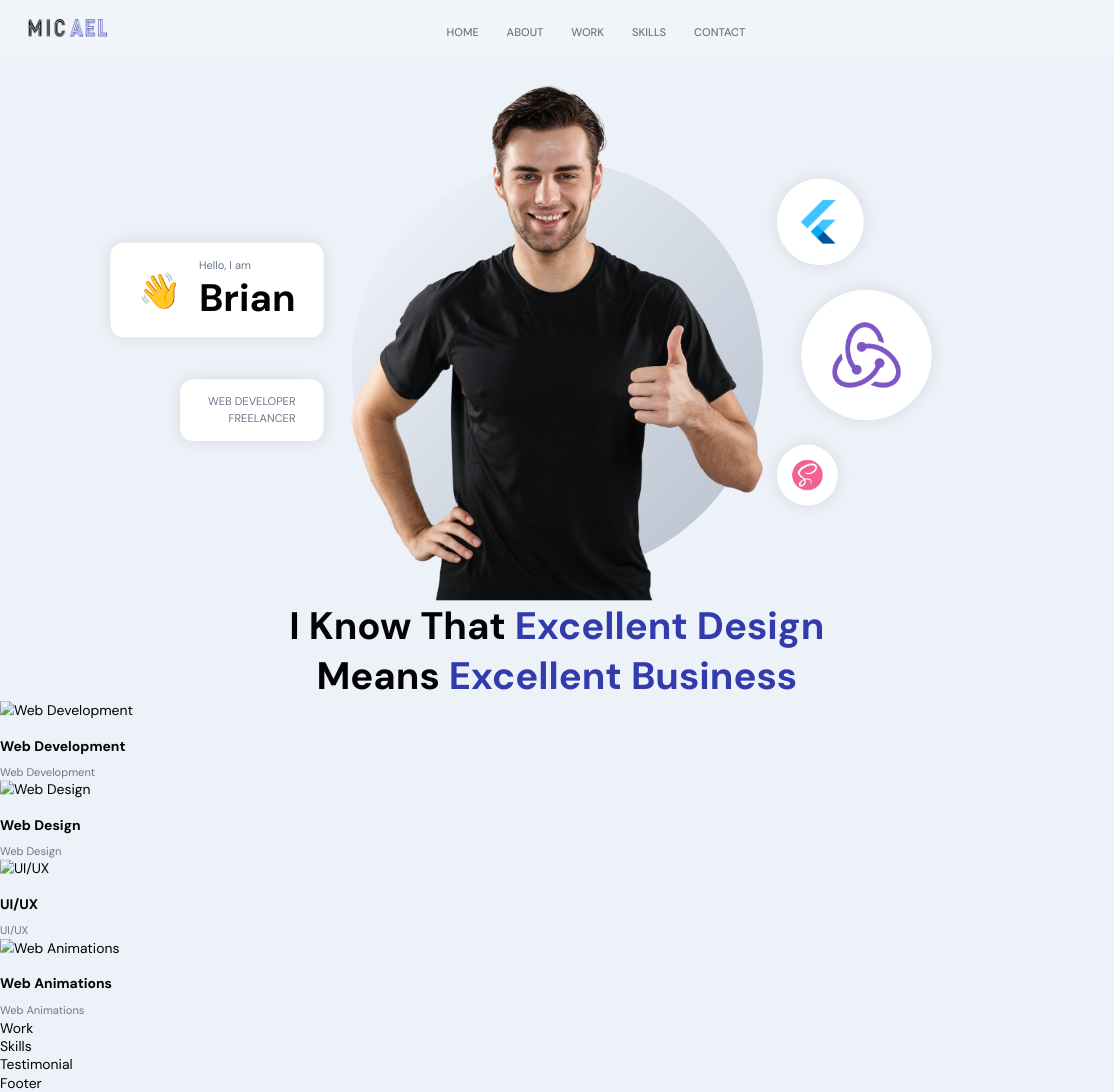
Repository: 61ZM07H36R3ML1N/Portfolio-JS
Page: / (app in frontend_react/)
These files come from the project's save history. The page is drawn as it stood at one moment and after the next save; the edit follows.
The browser window is 1280 px wide. The pictures show the whole page, at 87% of full size.
The project was rebuilt for these pictures with package versions that can differ from the ones it lists, and the page was loaded fresh each time. Also part of the build but not shown: frontend_react/src/container/About/About.scss, frontend_react/src/container/Skills/Skills.scss, frontend_react/src/container/Work/Work.scss.

Above is the page before, as saved 2022-10-17 08:17:18.

After the next save:
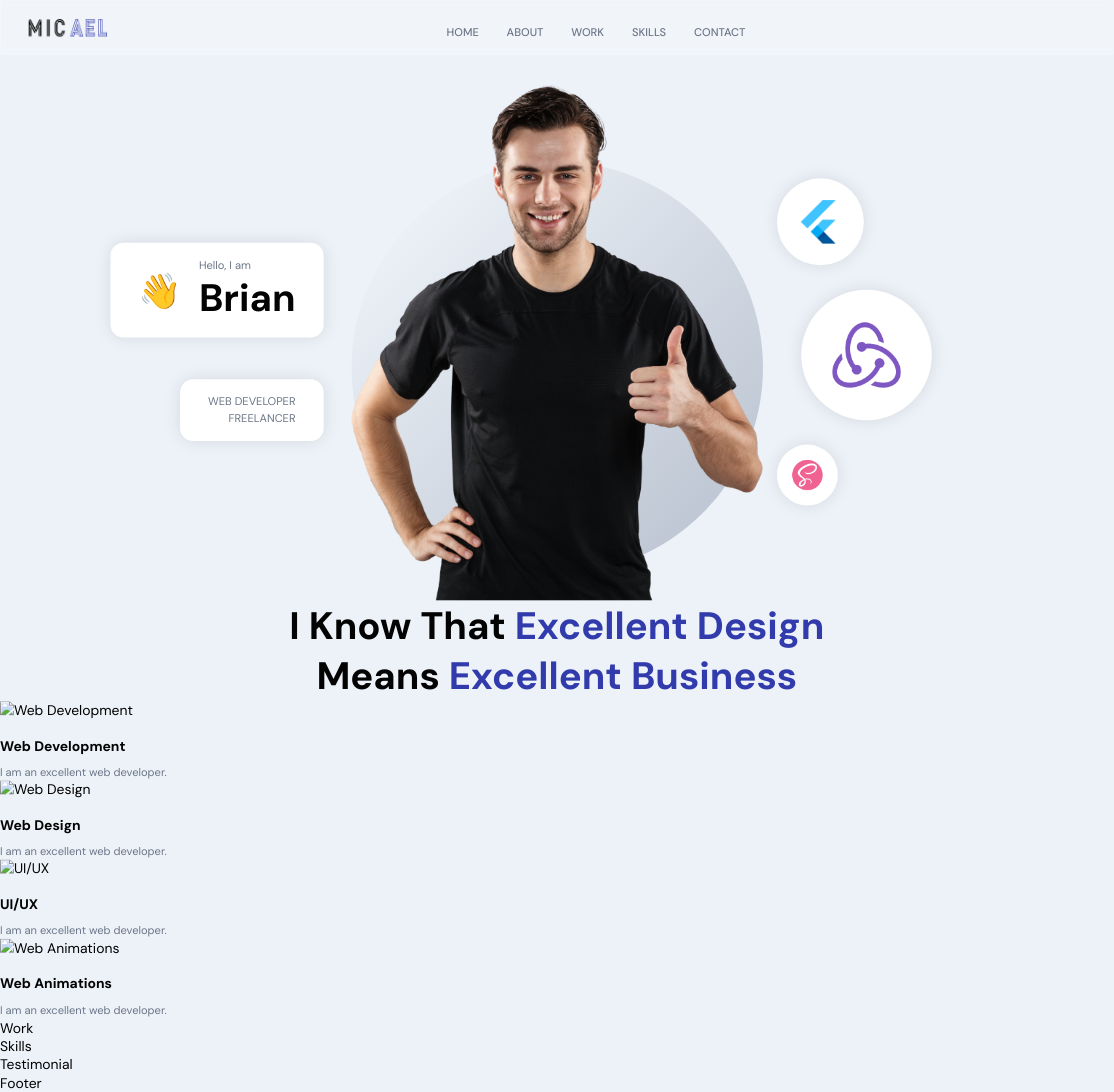
Saved 20 s later.
--- a/frontend_react/src/container/About/About.jsx
+++ b/frontend_react/src/container/About/About.jsx
@@ -51,7 +51,7 @@
               {about.title}
             </h2>
             <p className="p-text" style={{ marginTop: 10 }}>
-              {about.title}
+              {about.description}
             </p>
           </motion.div>
         ))}
